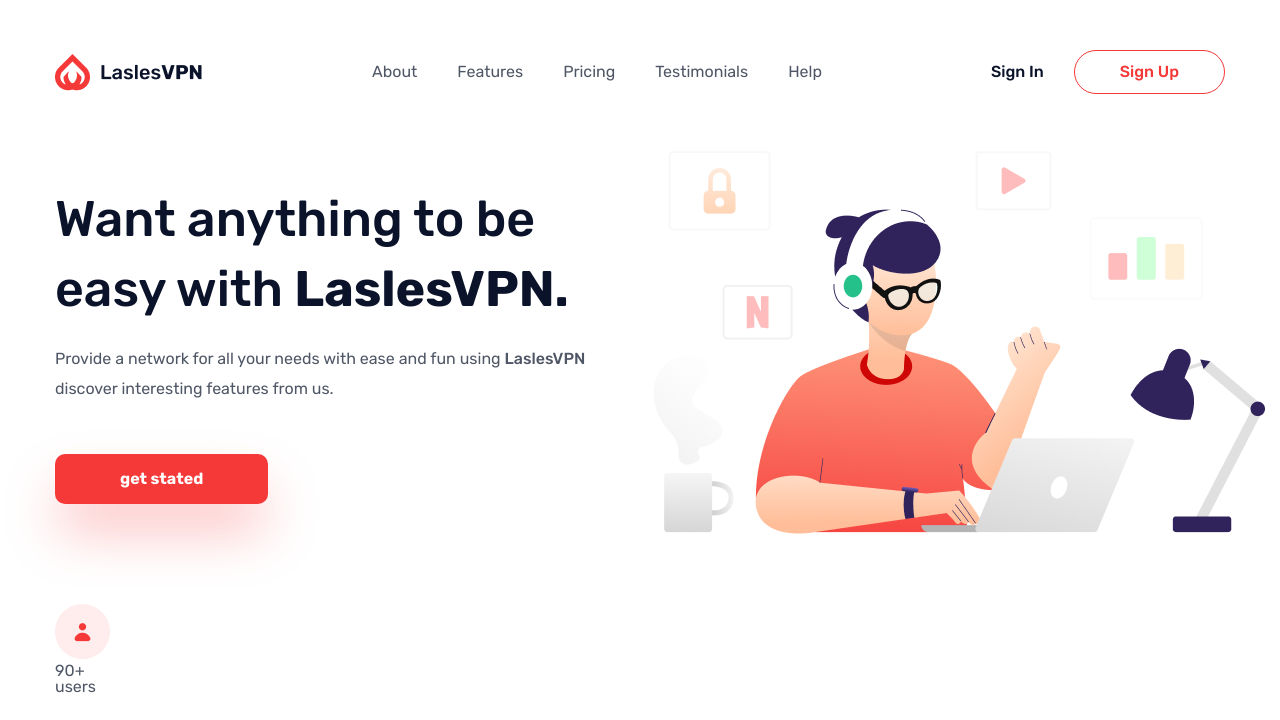
Repository: longvuht/lasles-VPN-vu
Page: index.html
The author's editor kept a copy of each file at every save. The page is drawn from the files as they stood at one save, then again after the next save.
The browser window is 1280 px wide. The pictures show the whole page.
The style sheet was rebuilt from its Sass, Less or Tailwind sources for each picture, by a compiler version that may differ from the author's.

Above is the page before, as saved 2022-09-10 16:59:01.

After the next save:
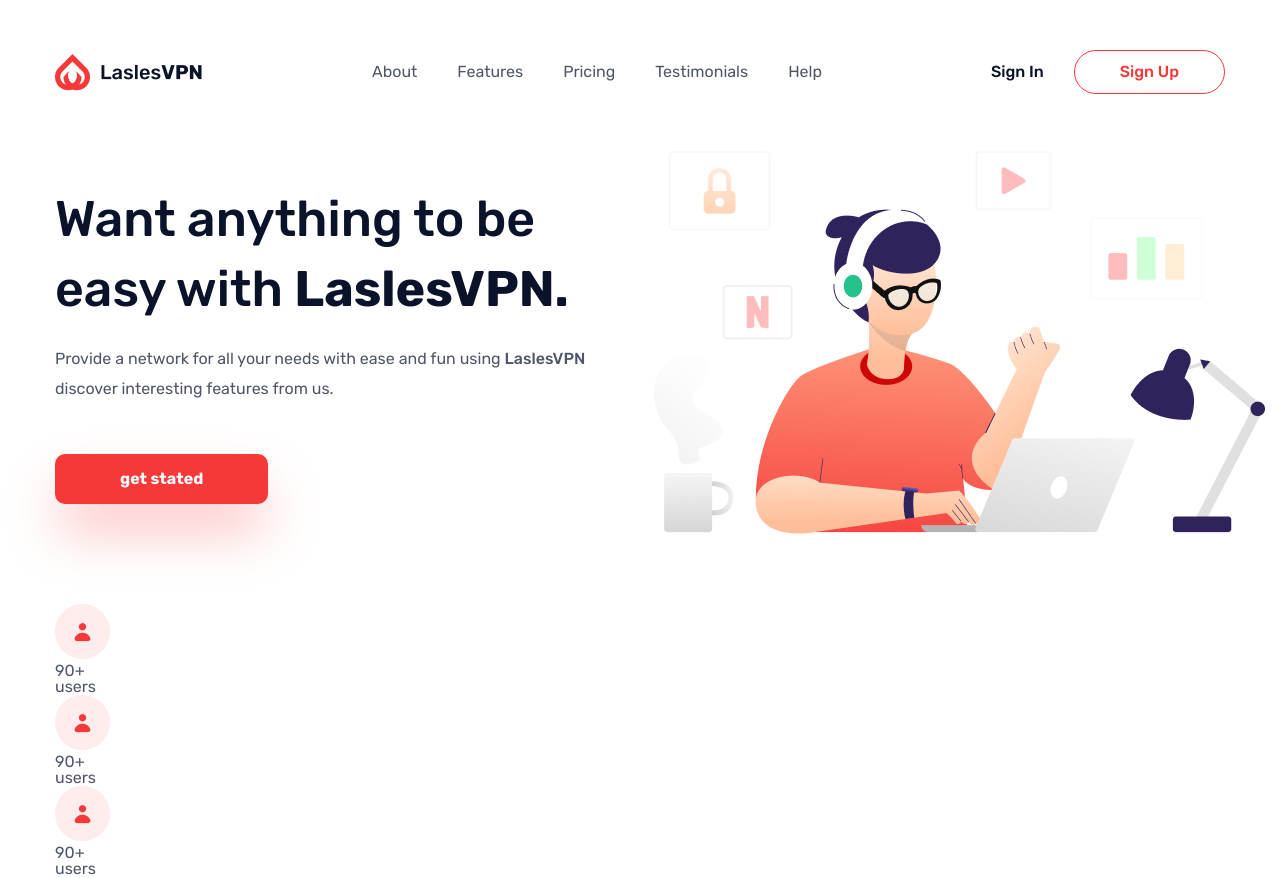
Saved 43 s later.
--- a/index.html
+++ b/index.html
@@ -81,6 +81,23 @@
                   <span class="intro-text">users</span>
                 </div>
               </div>
+                <div class="intro-icon">
+                  <img src="./img/user.png" alt="user icon" />
+                </div>
+                <div class="intro-info">
+                  <h3 class="intro-title">90+</h3>
+                  <span class="intro-text">users</span>
+                </div>
+              </div>
+                <div class="intro-icon">
+                  <img src="./img/user.png" alt="user icon" />
+                </div>
+                <div class="intro-info">
+                  <h3 class="intro-title">90+</h3>
+                  <span class="intro-text">users</span>
+                </div>
+              </div>
+
             </div>
           </div>
         </section>
